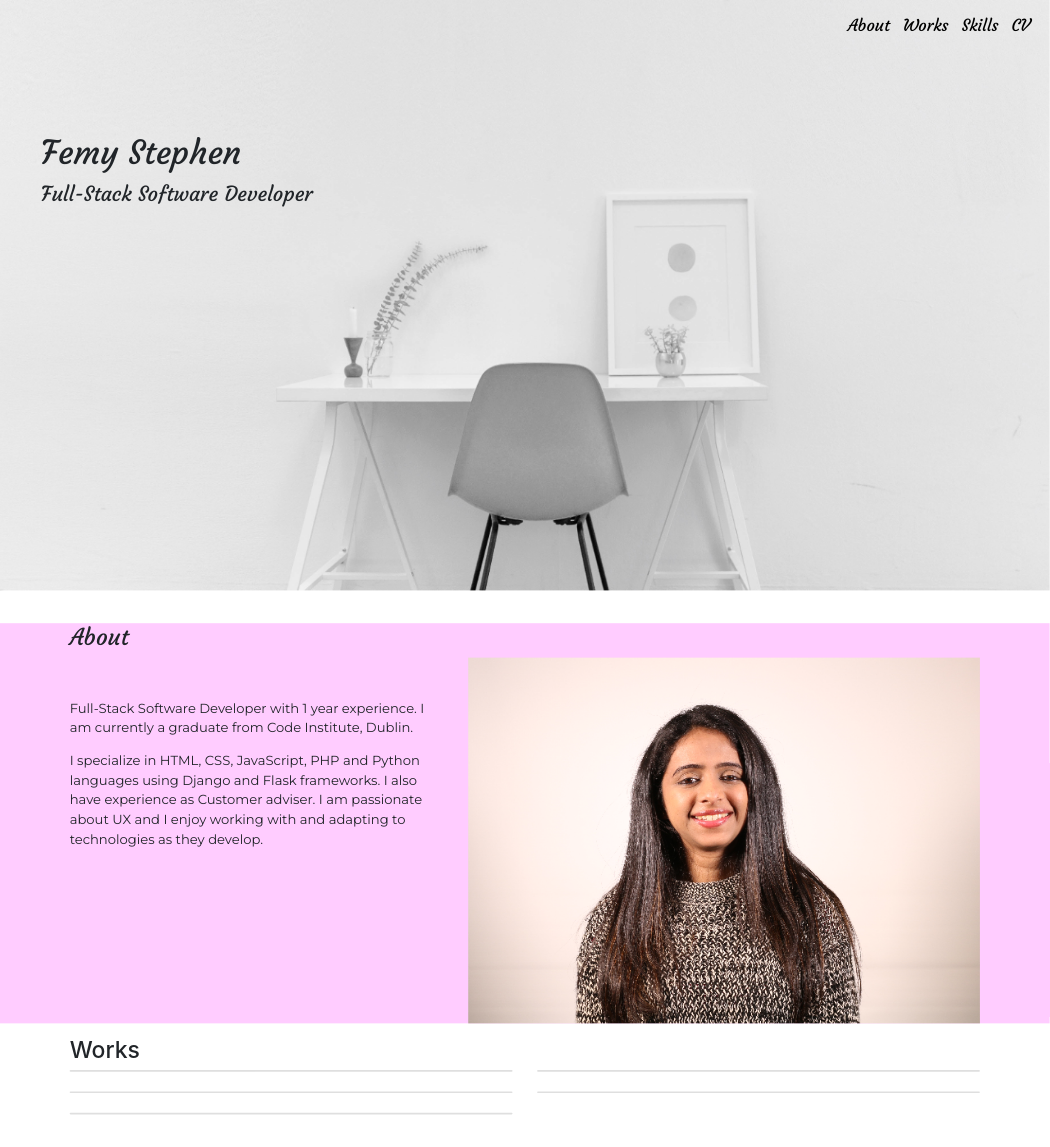
Repository: femy16/FemyStephen
Page: index.html
The author's editor kept a record of every edit. The page is drawn from the files as they stood at one moment, then again after the next edit.
The browser window is 1280 px wide. The pictures show the whole page, at 82% of full size.
Backgrounds fixed to the window are drawn as part of the page. Some web libraries are served in a nearby version.

Above is the page before.
Not found: hover.css

After the next edit:
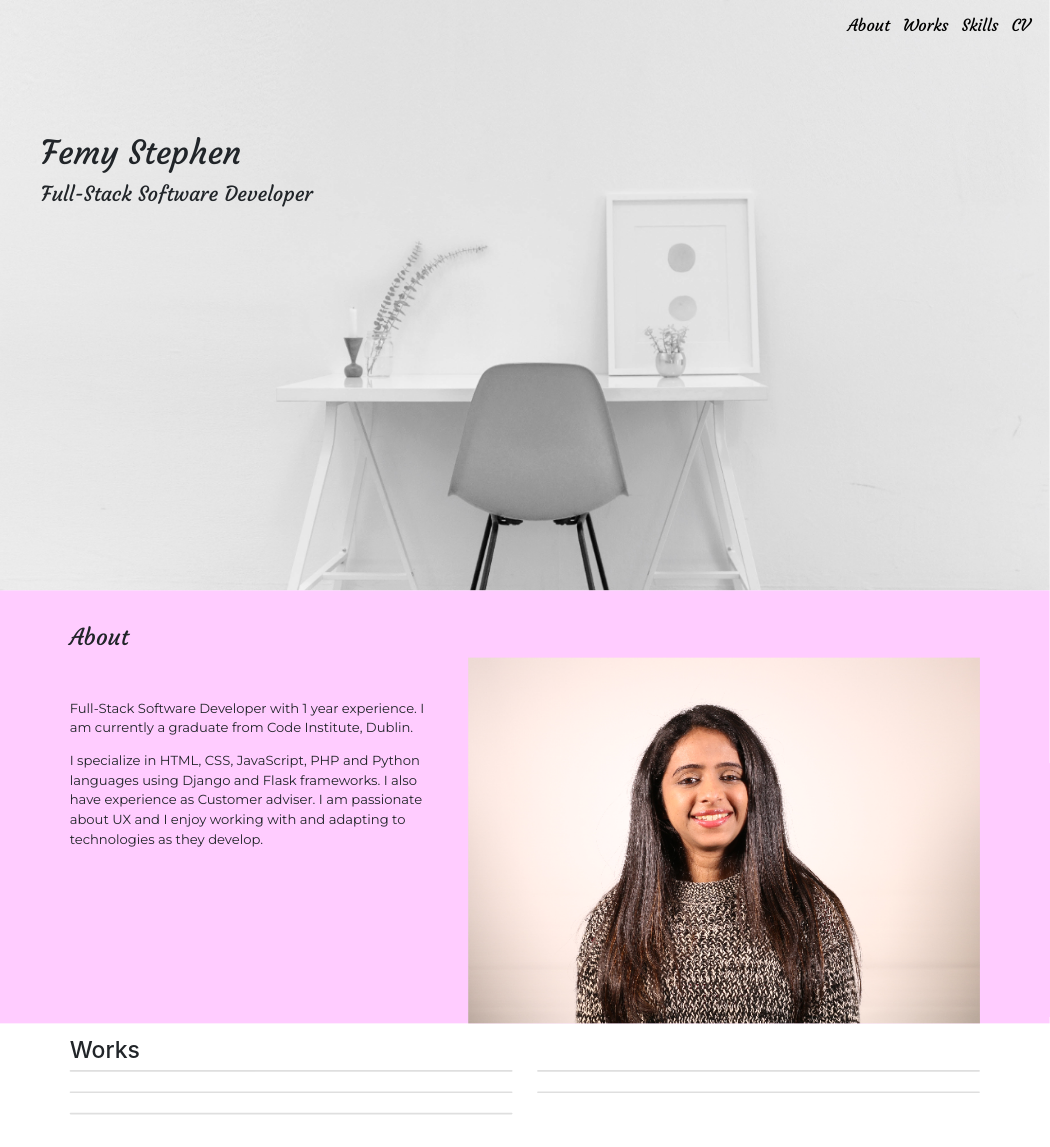
The edit:
--- a/style.css
+++ b/style.css
@@ -66,7 +66,7 @@
     background-color: #ffccff;
 }
 .abouthead{
-    margin-top:40px;
+    padding-top:40px;
     font-family: 'Courgette', cursive;
 }
 .discri{
